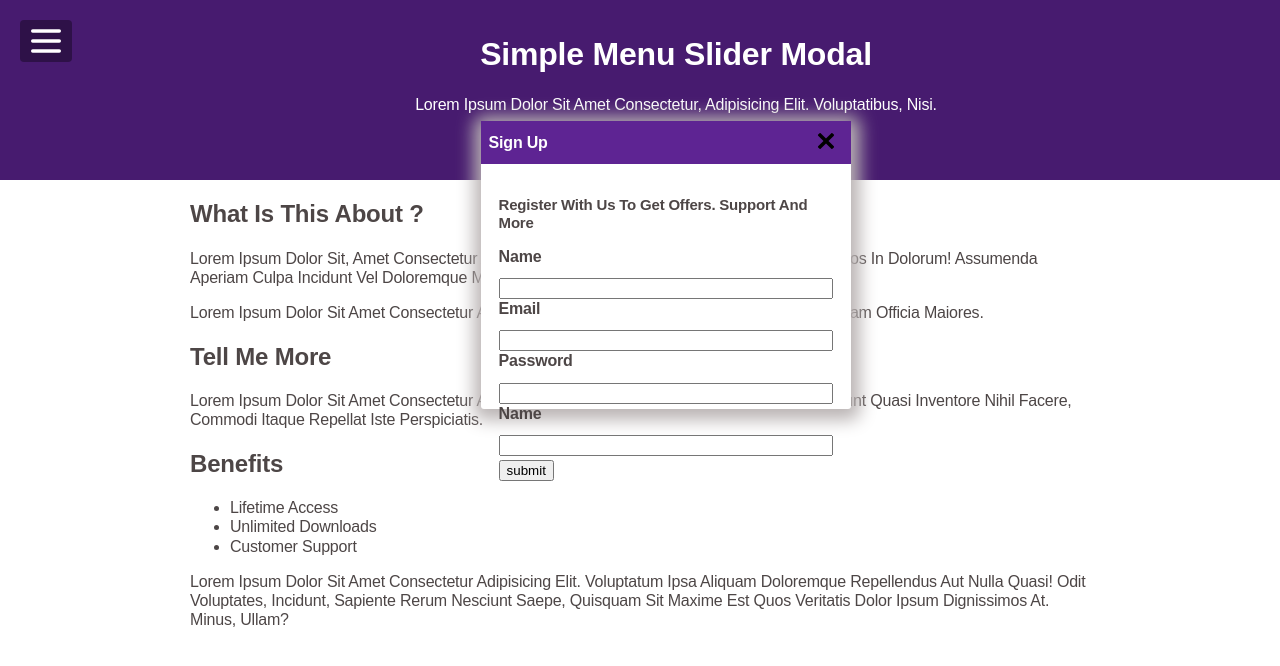
Repository: lilo750/Menu-Slider-modal
Page: index.html
These files come from the project's save history. The page is drawn as it stood at one moment and after the next save; the edit follows.
The browser window is 1280 px wide. The pictures show the whole page.

Above is the page before, as saved 2024-01-15 07:54:40.

### index.html
<!DOCTYPE html>
<html lang="en">
    <head>
        <meta charset="UTF-8" />
        <meta name="viewport" content="width=device-width, initial-scale=1.0" />
        <title>menu-slider-modal</title>
        <script defer src="assets/logic.js"></script>
        <link rel="stylesheet" href="assets/style.css" />
    </head>
    <body>
        <div class="left-menu">
            <!-- <aside>
                <div id="profile-img">
                    <img
                        src="assets/visuals/profile-img.jpg"
                        alt="profile image"
                    />
                </div>
                <ul>
                    <li>home</li>
                    <li>portfolio</li>
                    <li>blog</li>
                    <li>contact me</li>
                </ul>
            </aside> -->

            <button id="burger-btn">
                <img
                    src="assets/visuals/burger-menu-svgrepo-com.svg"
                    alt="burger icon"
                />
            </button>
        </div>
        <div class="container">
            <header>
                <div class="heading">
                    <h1>Simple Menu slider Modal</h1>
                    <p>
                        Lorem ipsum dolor sit amet consectetur, adipisicing
                        elit. Voluptatibus, nisi.
                    </p>
                    <button id="signUp-btn">Sign Up</button>
                </div>
            </header>

            <main>
                <h2>what is this about ?</h2>
                <p>
                    Lorem ipsum dolor sit, amet consectetur adipisicing elit.
                    Sunt officiis minus veniam, dignissimos in dolorum!
                    Assumenda aperiam culpa incidunt vel doloremque maxime
                    inventore. Temporibus, inventore?
                </p>
                <p>
                    Lorem ipsum dolor sit amet consectetur adipisicing elit.
                    Sunt debitis excepturi nemo, at magnam officia maiores.
                </p>
                <h2>tell me more</h2>
                <p>
                    Lorem ipsum dolor sit amet consectetur adipisicing elit.
                    Quae, recusandae obcaecati! Deserunt quasi inventore nihil
                    facere, commodi itaque repellat iste perspiciatis.
                </p>
                <h2>benefits</h2>
                <ul>
                    <li>lifetime access</li>
                    <li>unlimited downloads</li>
                    <li>customer support</li>
                </ul>
                <p>
                    Lorem ipsum dolor sit amet consectetur adipisicing elit.
                    Voluptatum ipsa aliquam doloremque repellendus aut nulla
                    quasi! Odit voluptates, incidunt, sapiente rerum nesciunt
                    saepe, quisquam sit maxime est quos veritatis dolor ipsum
                    dignissimos at. Minus, ullam?
                </p>
            </main>
        </div>
        <!-- ./container -->

        <div class="modal">
            <header>
                <span>Sign Up</span>
                <button id="close-btn">
                    <img
                        src="assets/visuals/close-icon.svg"
                        alt="burger icon"
                    />
                </button>
            </header>
            <form>
                <p>Register with us to get offers. support and more</p>
                <div class="form-control">
                    <label for="name">Name</label>
                    <input id="name" type="text" />
                </div>
                <div class="form-control">
                    <label for="mail">Email</label>
                    <input id="mail" type="email" />
                </div>
                <div class="form-control">
                    <label for="pass">Password</label>
                    <input id="pass" type="password" />
                </div>
                <div class="form-control">
                    <label for="cpass">Name</label>
                    <input id="cpass" type="password" />
                    <span class="warning"></span>
                </div>

                <button id="submit" type="submit">submit</button>
            </form>
        </div>
    </body>
</html>

### assets/logic.js
const signUpBtn = document.getElementById('signUp-btn');

/*
when the user click on the signup btn a modal will show by switching from hidden to visiblity visible
something i should consider before writing the code which is handle the close btn and submit btn and writing the html and css for the code

*/

const modalHandler = () => {};

signUpBtn.addEventListener('click', modalHandler);

### assets/style.css
html {
    font-family: sans-serif;
    letter-spacing: -0.2px;
    color: #4d4646;
}

body {
    height: 100vh;
    margin: 0;
    padding: 0;
    text-transform: capitalize;
    line-height: 1.2;
}

.left-menu {
    position: absolute;

    #burger-btn {
        display: flex;
        align-items: center;
        justify-content: center;
        background-color: rgb(46, 17, 72);
        border: none;
        cursor: pointer;
        position: relative;
        left: 20px;
        top: 20px;
        border-radius: 4px;
    }
}

.container {
    display: flex;
    flex-direction: column;

    & header {
        background-color: rgb(71, 27, 111);
        color: #fff;
        text-align: center;
        padding: 14px 8px;
        padding-left: 80px;

        #signUp-btn {
            background-color: rgb(140, 70, 206);
            color: inherit;
            border: 0;
            outline: 2px;
            padding: 7px 16px;
            border-radius: 3px;
            cursor: pointer;
            font-size: 16px;
        }

        & p {
            margin-bottom: 20px;
        }
    }

    & main {
        max-width: 900px;
        align-self: center;
        padding-inline: 20px;
    }
}

.modal {
    width: 370px;
    height: 40vh; /*will be commented*/
    background-color: #fff;
    border-radius: 3px;
    box-shadow: 1px 3px 17px 8px #bab4b4;
    position: absolute;
    left: 52%;
    top: 36.8%;
    transform: translate(-50%, -50%);

    & header {
        background-color: rgb(94, 36, 147);
        display: flex;
        justify-content: space-between;
        align-items: center;
        padding: 8px;
        margin-bottom: 32px;

        & span {
            color: #fff;
            font-weight: 600;
            font-size: 16px;
        }

        #close-btn {
            background-color: transparent;
            border: none;
            cursor: pointer;
            color: #fff;
        }
    }

    & form {
        & p {
            font-size: 15px;
            font-weight: 600;
        }

        padding-inline: 18px;

        .form-control {
            display: flex;
            flex-direction: column;
            row-gap: 4px;

            & label {
                margin-bottom: 8px;
                font-weight: 800;
            }
        }
    }
}

### assets/visuals/burger-menu-svgrepo-com.svg
<?xml version="1.0" encoding="utf-8"?><!-- Uploaded to: SVG Repo, www.svgrepo.com, Generator: SVG Repo Mixer Tools -->
<svg width="40px" height="40px" viewBox="0 0 24 24" fill="none" xmlns="http://www.w3.org/2000/svg">
<path d="M4 18L20 18" stroke="#ffff" stroke-width="2" stroke-linecap="round"/>
<path d="M4 12L20 12" stroke="#ffff" stroke-width="2" stroke-linecap="round"/>
<path d="M4 6L20 6" stroke="#ffff" stroke-width="2" stroke-linecap="round"/>
</svg>

### assets/visuals/close-icon.svg
<?xml version="1.0"?><svg xmlns="http://www.w3.org/2000/svg" viewBox="0 0 30 30" width="22px" height="22px">    <path d="M 7 4 C 6.744125 4 6.4879687 4.0974687 6.2929688 4.2929688 L 4.2929688 6.2929688 C 3.9019687 6.6839688 3.9019687 7.3170313 4.2929688 7.7070312 L 11.585938 15 L 4.2929688 22.292969 C 3.9019687 22.683969 3.9019687 23.317031 4.2929688 23.707031 L 6.2929688 25.707031 C 6.6839688 26.098031 7.3170313 26.098031 7.7070312 25.707031 L 15 18.414062 L 22.292969 25.707031 C 22.682969 26.098031 23.317031 26.098031 23.707031 25.707031 L 25.707031 23.707031 C 26.098031 23.316031 26.098031 22.682969 25.707031 22.292969 L 18.414062 15 L 25.707031 7.7070312 C 26.098031 7.3170312 26.098031 6.6829688 25.707031 6.2929688 L 23.707031 4.2929688 C 23.316031 3.9019687 22.682969 3.9019687 22.292969 4.2929688 L 15 11.585938 L 7.7070312 4.2929688 C 7.5115312 4.0974687 7.255875 4 7 4 z"/></svg>

After the next save:
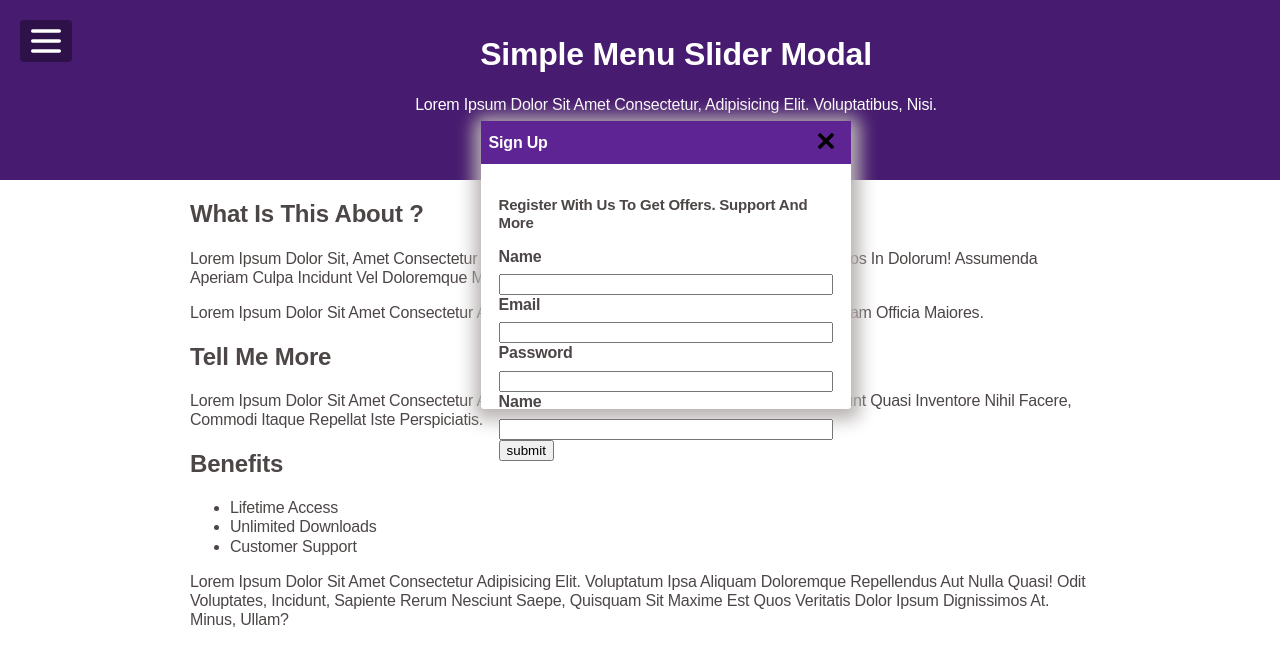
Saved 17 s later.
--- a/assets/style.css
+++ b/assets/style.css
@@ -107,7 +107,7 @@ body {
         .form-control {
             display: flex;
             flex-direction: column;
-            row-gap: 4px;
+            /* row-gap: 4px; */
 
             & label {
                 margin-bottom: 8px;
